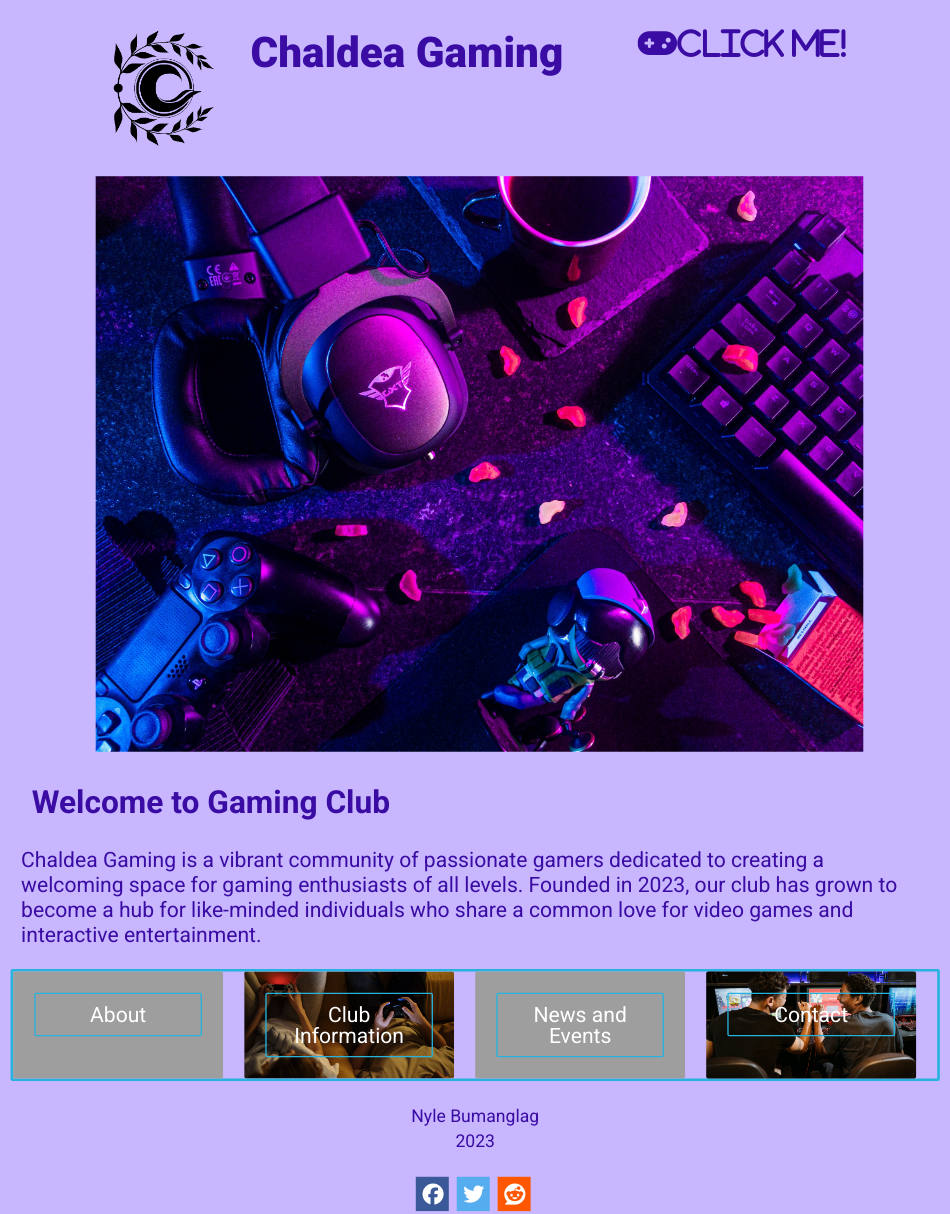
Repository: NyleNC/School-Projects
Page: Hmtl and CSS project/Index.html
These files come from the project's save history. The page is drawn as it stood at one moment and after the next save; the edit follows.
The browser window is 1440 px wide. The pictures show the whole page, at 66% of full size.
Pictures or frames that could not be fetched are drawn as grey boxes. Some web libraries are served in a nearby version.

Above is the page before, as saved 2025-01-05 17:21:03.

After the next save:
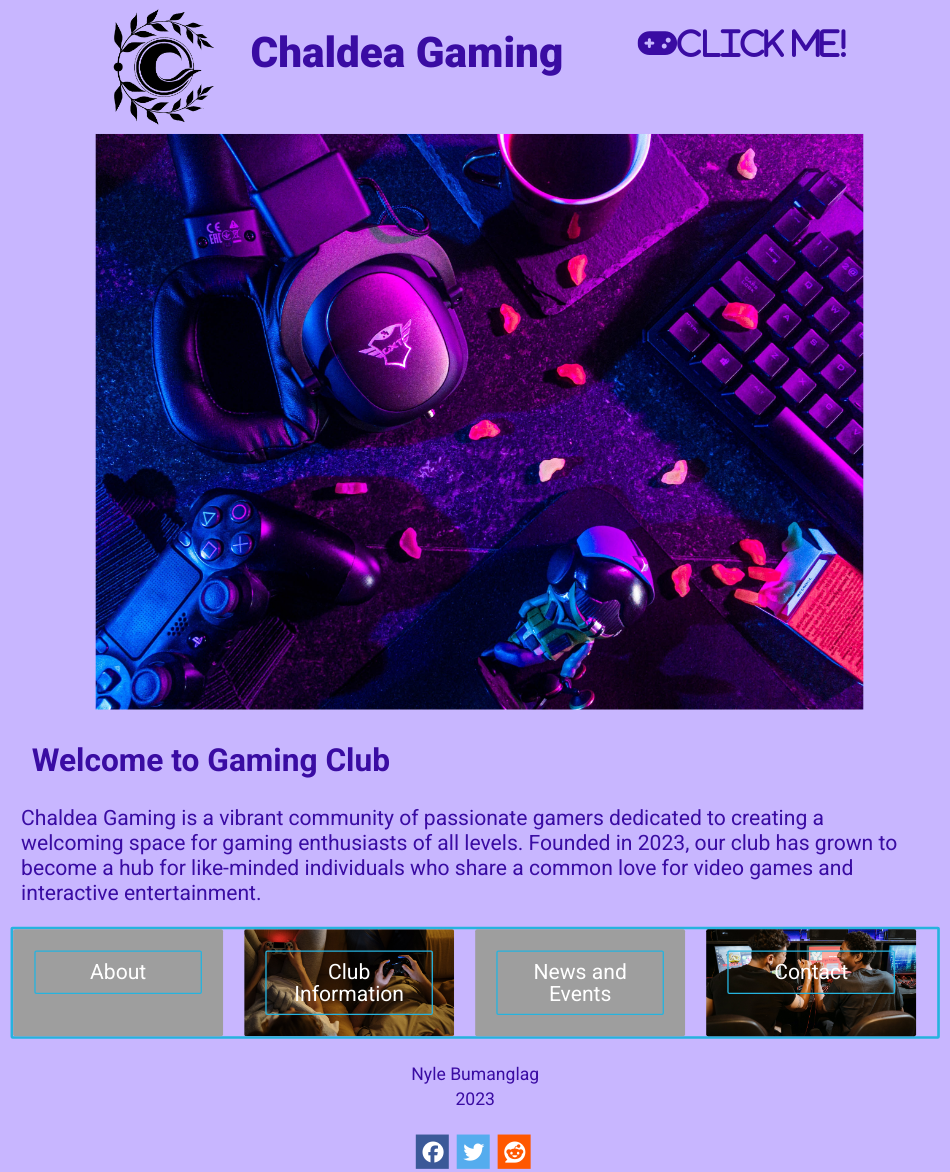
Saved 44 s later.
--- a/Hmtl and CSS project/Style.css
+++ b/Hmtl and CSS project/Style.css
@@ -352,8 +352,7 @@ section {
     .logo img{
         width: 25%;
         height: auto;
-        margin-bottom: 1em;
-        margin-top: 1em;
+
     }
 
 }
